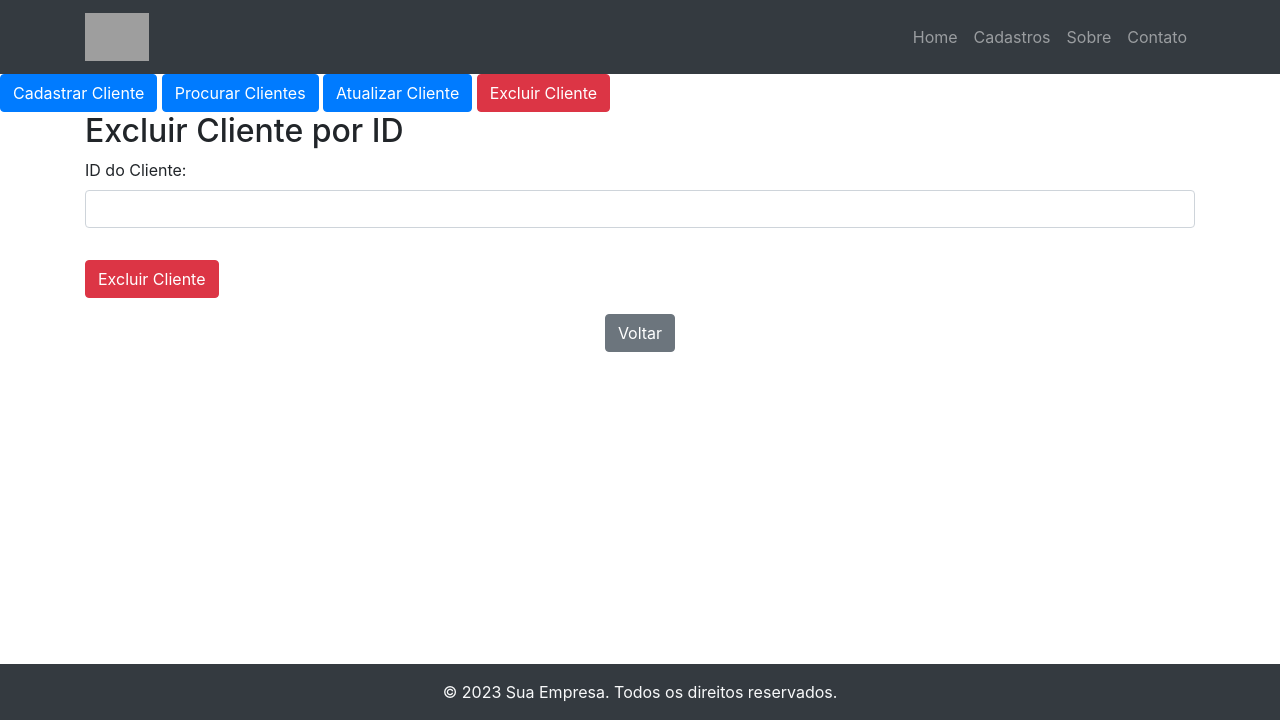
Repository: hagartelles/serveletProject
Page: http://localhost/BeltourServerlet/DeleteClient.jsp
These files come from the project's save history. The page is drawn as it stood at one moment and after the next save; the edit follows.
The browser window is 1280 px wide. The pictures show the whole page.
Pictures or frames that could not be fetched are drawn as grey boxes. The page is served by Tomcat 9.

Above is the page before, as saved 2023-11-06 02:33:14.

After the next save:
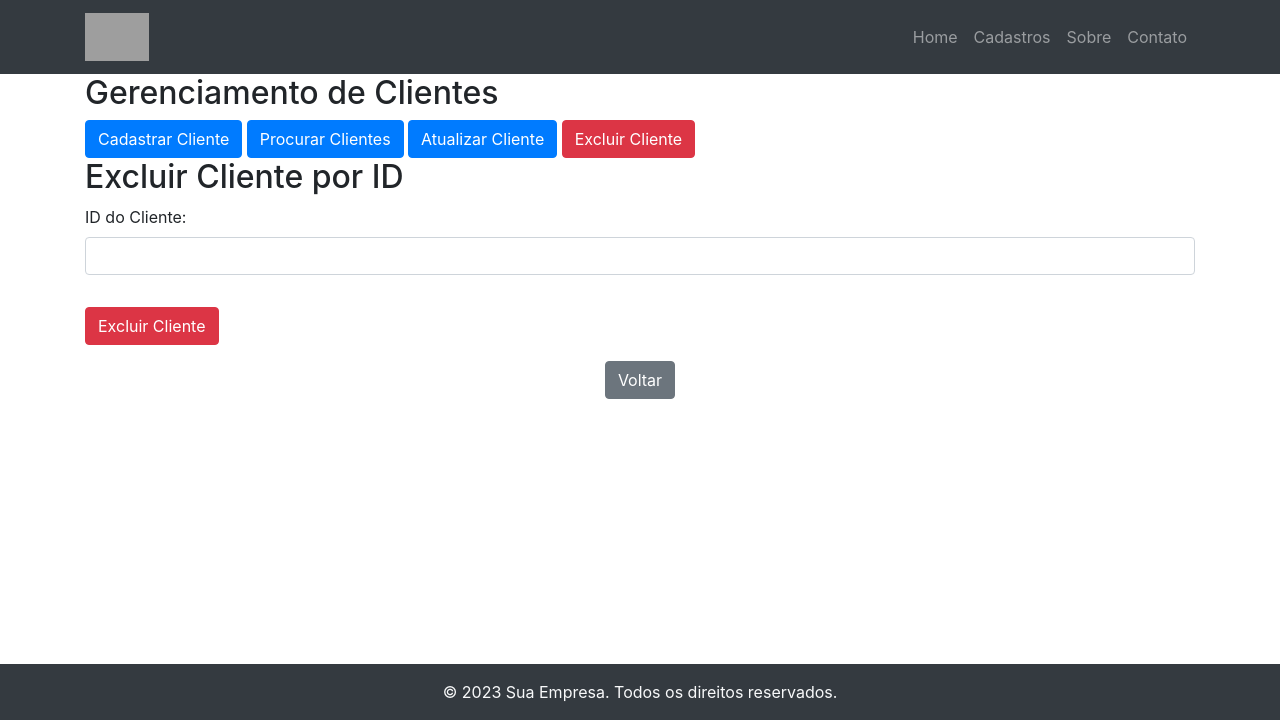
Saved 31 s later.
--- a/BeltourServerlet/src/main/webapp/DeleteClient.jsp
+++ b/BeltourServerlet/src/main/webapp/DeleteClient.jsp
@@ -38,12 +38,16 @@
 
     <!-- Corpo da Página -->
         <!-- Formulário para Ações de Cliente -->
-	<form id="cliente-form">
-	  <a href="CreateClient.jsp" class="btn btn-primary" name="cadastrar">Cadastrar Cliente</a>
-	  <a href="ReadClients.jsp" class="btn btn-primary" name="procurar">Procurar Clientes</a>
-	  <a href="UpdateClient.jsp" class="btn btn-primary" name="atualizar">Atualizar Cliente</a>
-	  <a href="DeleteClient.jsp" class="btn btn-danger" name="excluir">Excluir Cliente</a>
-	</form>
+	<div class="container">
+	    <h2>Gerenciamento de Clientes</h2>
+
+	    <!-- Formulário para Ações de Cliente -->
+		<form id="cliente-form">
+		  <a href="CreateClient.jsp" class="btn btn-primary" name="cadastrar">Cadastrar Cliente</a>
+		  <a href="ReadClients.jsp" class="btn btn-primary" name="procurar">Procurar Clientes</a>
+		  <a href="UpdateClient.jsp" class="btn btn-primary" name="atualizar">Atualizar Cliente</a>
+		  <a href="DeleteClient.jsp" class="btn btn-danger" name="excluir">Excluir Cliente</a>
+		</form>
   </div>
 
     <div class="container">
